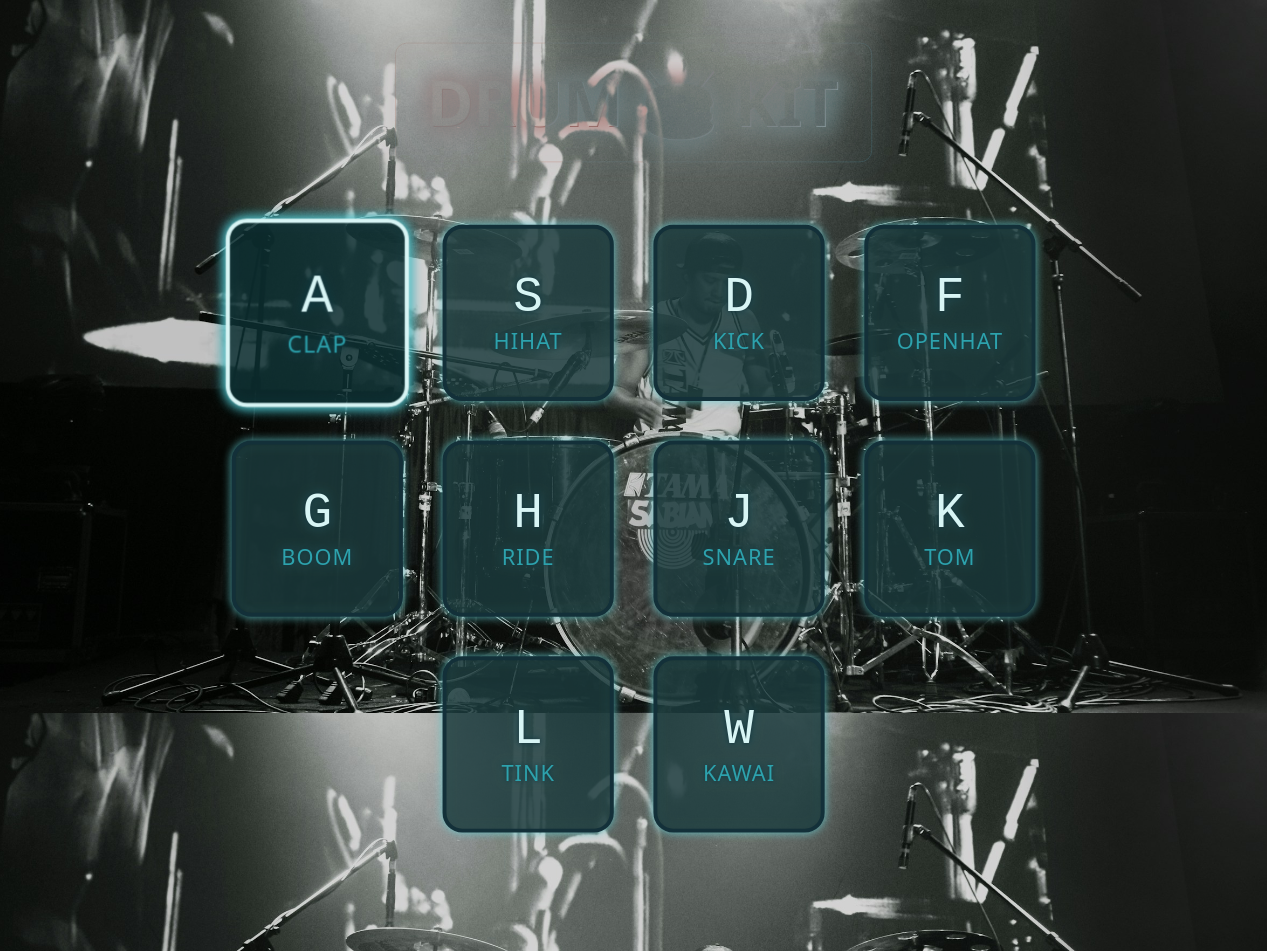
Repository: Freezler/drumkitJS
Page: index.html
An editor plug-in stored every save of this project. The page is shown before and after the next save, followed by the edit.
The browser window is 1280 px wide. The pictures show the whole page, at 99% of full size.
After loading, the first visible `div.key` was clicked once.
Backgrounds fixed to the window are drawn as part of the page.

Above is the page before, as saved 2024-08-24 12:03:11.
Console error: ReferenceError: key is not defined

### index.html
<!DOCTYPE html>
<html lang="en">

<head>
  <meta charset="UTF-8">
  <title>JS Drum Kit</title>
  <link rel="stylesheet" href="style.css">
  <link rel="icon" href="https://fav.farm/🔥" />
</head>

<body>
  <main>

    <h1>Drum 🥁 Kit</h1>

    <div class="keys">
      <div data-key="65" class="key">
        <kbd>A</kbd>
        <span class="sound">clap</span>
      </div>
      <div data-key="83" class="key">
        <kbd>S</kbd>
        <span class="sound">hihat</span>
      </div>
      <div data-key="68" class="key">
        <kbd>D</kbd>
        <span class="sound">kick</span>
      </div>
      <div data-key="70" class="key">
        <kbd>F</kbd>
        <span class="sound">openhat</span>
      </div>
      <div data-key="71" class="key">
        <kbd>G</kbd>
        <span class="sound">boom</span>
      </div>
      <div data-key="72" class="key">
        <kbd>H</kbd>
        <span class="sound">ride</span>
      </div>
      <div data-key="74" class="key">
        <kbd>J</kbd>
        <span class="sound">snare</span>
      </div>
      <div data-key="75" class="key">
        <kbd>K</kbd>
        <span class="sound">tom</span>
      </div>
      <div data-key="76" class="key">
        <kbd>L</kbd>
        <span class="sound">tink</span>
      </div>
      <div data-key="87" class="key">
        <kbd>W</kbd>
        <span class="sound">kawai</span>
      </div>
    </div>
  </main>

  <audio data-key="65" src="sounds/clap.wav"></audio>
  <audio data-key="83" src="sounds/hihat.wav"></audio>
  <audio data-key="68" src="sounds/kick.wav"></audio>
  <audio data-key="70" src="sounds/openhat.wav"></audio>
  <audio data-key="71" src="sounds/boom.wav"></audio>
  <audio data-key="72" src="sounds/ride.wav"></audio>
  <audio data-key="74" src="sounds/snare.wav"></audio>
  <audio data-key="75" src="sounds/tom.wav"></audio>
  <audio data-key="76" src="sounds/tink.wav"></audio>
  <audio data-key="87" src="sounds/kawai.wav"></audio>


  <script>
    function removeTransition(event) {
      const { propertyName } = event;
      if (propertyName !== 'transform') return;
      event.target.classList.remove('playing');
    }

    function playSound(event) {
      const keyCode = event.type === 'keydown' ? event.keyCode : this.getAttribute('data-key');
      const audio = document.querySelector(`audio[data-key="${keyCode}"]`);
      const key = document.querySelector(`.key[data-key="${keyCode}"]`);
      if (!audio) return;
      key.classList.add('playing');
      audio.currentTime = 0;
      audio.play();
    }

    window.addEventListener('keydown', playSound);

    const keys = document.querySelectorAll('.key');
    keys.forEach(key => {
      key.addEventListener('transitionend', removeTransition);
      key.addEventListener('click', playSound);
    });
    key.addEventListener('touchstart', function (event) {
      event.preventDefault();  // Prevent default touch behavior
      playSound.call(this, event);
    });
  </script>


</body>

</html>

### style.css
:root {
  --000: #f0fbfa;
  --100: #d8f5f5;
  --200: #b5eaec;
  --300: #63cfd5;
  --400: #48bfc8;
  --500: #2da2ad;
  --600: #288492;
  --700: #266b78;
  --800: #275963;
  --900: #254a54;
  --950: #133039;

}

html {
  font-size: 10px;
  background: url('./background2.jpg') bottom center;
  background-color: var(--600);
  background-size: cover;
  background-attachment: fixed;
  background-position: center center;
  background-repeat: no-repeat;
  height: 100vh;
  user-select: none;
  display: grid;
  place-items: center;
}

body,
html {
  margin: 0;
  padding: 0;
  font-family: system-ui, -apple-system, BlinkMacSystemFont, Roboto, Oxygen, Ubuntu, Cantarell, 'Open Sans', 'Helvetica Neue', sans-serif;


}

h1 {
  font-size: clamp(4rem, 5vw, 5em);
  font-weight: 400;
  text-align: center;
  color: var(--000);
  padding-block: 1.6rem;
  padding-inline: 3.2rem;
  text-align: center;
  background-image: linear-gradient(90deg, var(--300) 0%, var(--200) 100%);
  border: 1px solid var(--950);
  border-radius:12px;
  color: transparent;
  background-clip: text;
  -webkit-background-clip: text;
  text-transform: uppercase;
  font-size: clamp(6rem, 5vw, 10rem);
  text-shadow:1px 1px 24px var(--950), -1px -1px 1px #133039;
  font-weight: 700;

  text-wrap: balance;
  mix-blend-mode: exclusion;

  filter: drop-shadow(0 0 1rem var(--300));

}

main {
  place-self: center;
  display: grid;
  place-items: center;
  height: 100%;
  place-content: center;
  text-align: center;
  width: 100%;
  transition: all 0.07s;
  padding-bottom: 10rem;
}

.keys {
  display: grid;
  grid-row: auto;
  grid-template-columns: repeat(2, 1fr);
  text-align: center;
  transition: all 0.03s;
  place-items: center;
}

.key {
  border: .4rem solid var(--950);
  border-radius: 2rem;
  margin: 2rem;
  font-size: 8rem;

  padding: .5rem .250rem;
  transition: all .07s ease;
  width: 16rem;
  height: 16rem;
  display: grid;
  place-items: center;
  place-content: center;

  text-align: center;
  color: var(--100);
  filter: drop-shadow(0 0 .5rem var(--300));
  text-shadow: 0 0 .5rem var(--950);
  background: #01010199;
}

@media screen and (min-width: 980px) {
  .keys {
    grid-template-columns: repeat(4, 1fr);
    /* Wrap into 3 columns on medium screens */
    .key[data-key="87"] {
      place-content: center;
      grid-column: 3;
      grid-row: 3;
    }
    .key[data-key="76"] {
      place-content: center;
      grid-column: 2;
      grid-row: 3;
    }
  }
}

@media screen and (max-width: 980px) {

  .keys {
    padding: 4.4rem;
    grid-template-columns: repeat(3, 1fr);
    /* Wrap into 2 columns on small screens */
    place-items: center;
    justify-content: center;
    .key[data-key="87"] {
      place-content: center;
      grid-column: 3;
      grid-row: 3;
    }

  }
  .key[data-key="87"] {
    place-content: center;
    grid-column: 2;
    grid-row: 5
  }
  .key[data-key="76"] {
    place-content: center;
    grid-column: 2;
    grid-row: 4;
  }
  .key[data-key="75"] {
    place-content: center;
    grid-column: 2;
    grid-row: 3;
  }
}

@media screen and (max-width: 460px) {
  .keys {
    grid-template-columns: repeat(3, 1fr);
    /* Wrap into 1 column on small screens */
  }

  .key[data-key="87"] {
    place-content: center;
    grid-column: 2;
    grid-row: 3;
  }
  .key[data-key="76"] {
    place-content: center;
    grid-column: 3;
    grid-row: 3;
  }
  .key[data-key="75"] {
    place-content: center;
    grid-column: 4;
    grid-row: 2;
  }
}

.playing {
  transform: scale(1.07);
  border-color: var(--100);
  box-shadow: 0 0 1rem var(--300);
  filter: drop-shadow(0 0 .5rem var(--500));

}

kbd {
  display: block;
  font-size: 5rem;
}

.sound {
  font-size: 2.2rem;
  text-transform: uppercase;
  letter-spacing: .1rem;
  color: var(--500);

}

After the next save:
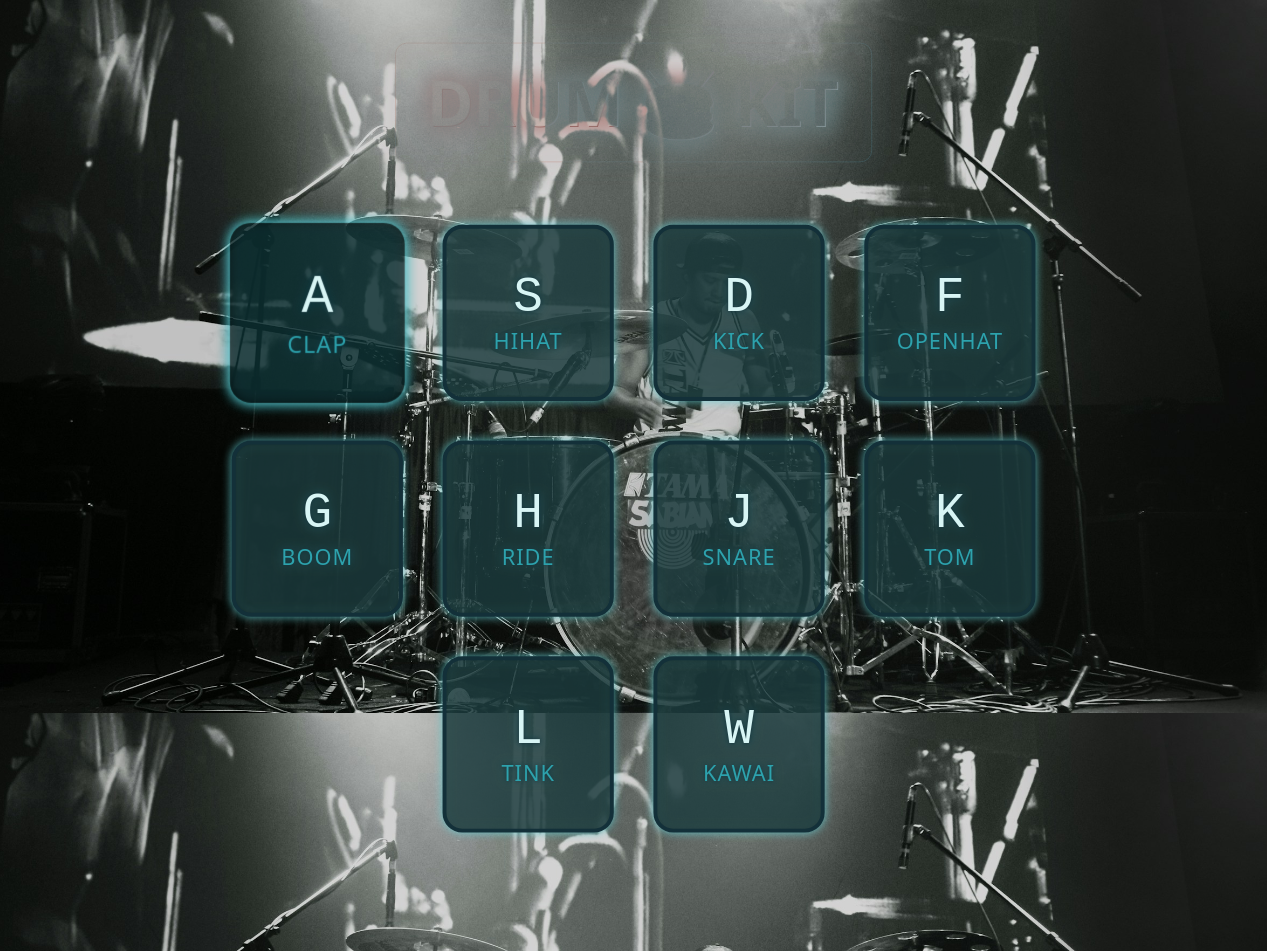
Saved 24 s later.
--- a/style.css
+++ b/style.css
@@ -178,6 +178,7 @@
 
 .playing {
   transform: scale(1.07);
+  border: 1px;
   border-color: var(--100);
   box-shadow: 0 0 1rem var(--300);
   filter: drop-shadow(0 0 .5rem var(--500));

After the save that followed:
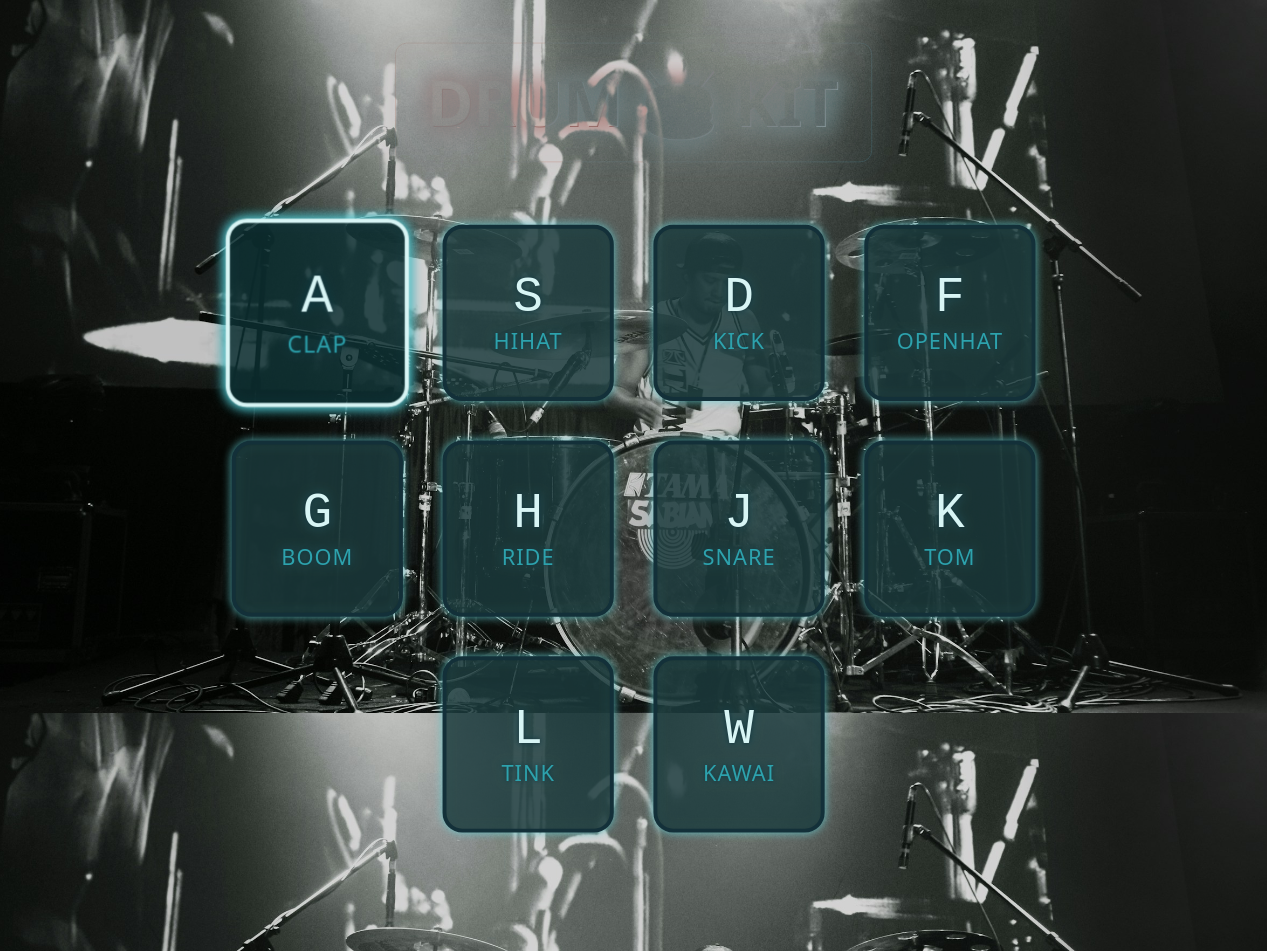
Saved 7 s later.
--- a/style.css
+++ b/style.css
@@ -178,7 +178,6 @@
 
 .playing {
   transform: scale(1.07);
-  border: 1px;
   border-color: var(--100);
   box-shadow: 0 0 1rem var(--300);
   filter: drop-shadow(0 0 .5rem var(--500));
